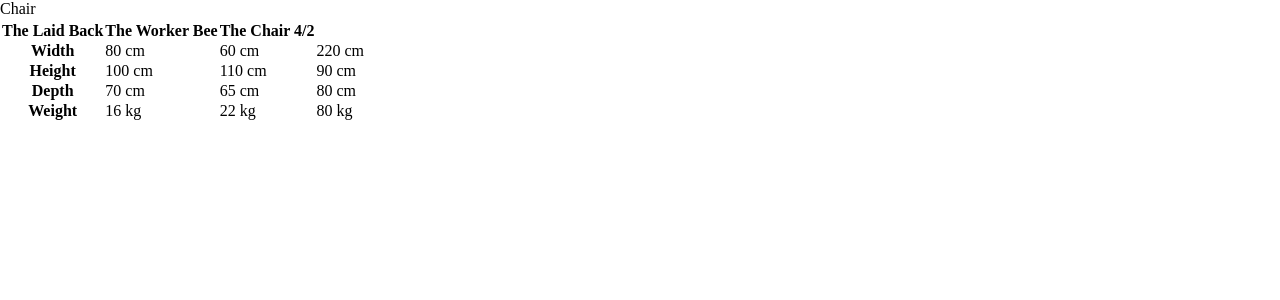
Repository: nghiakma/HTML-CSS-Fundamental
Page: Component_LayoutPatterns/Table.html
These files come from the project's save history. The page is drawn as it stood at one moment and after the next save; the edit follows.
The browser window is 1280 px wide. The pictures show the whole page.

Above is the page before, as saved 2023-08-26 15:13:19.

After the next save:
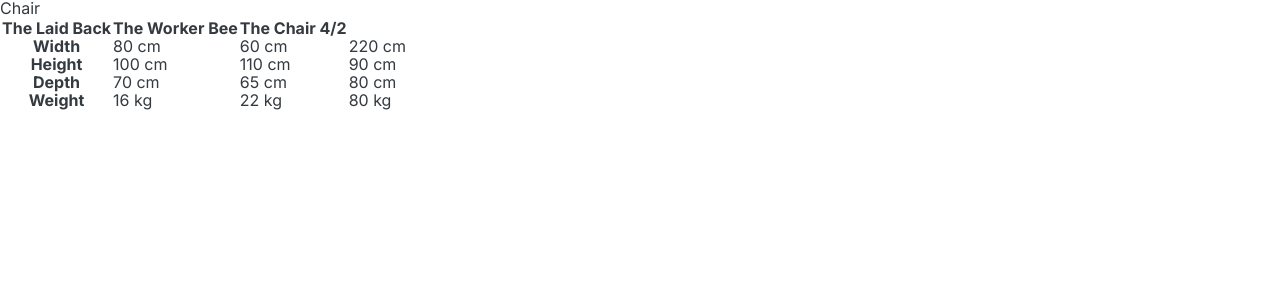
Saved 5 s later.
--- a/Component_LayoutPatterns/Table.html
+++ b/Component_LayoutPatterns/Table.html
@@ -14,7 +14,11 @@
       box-sizing: border-box;
     }
 
-    body {}
+    body {
+      font-family: "Inter", sans-serif;
+      color: #343a40;
+      line-height: 1;
+    }
   </style>
 </head>
 
